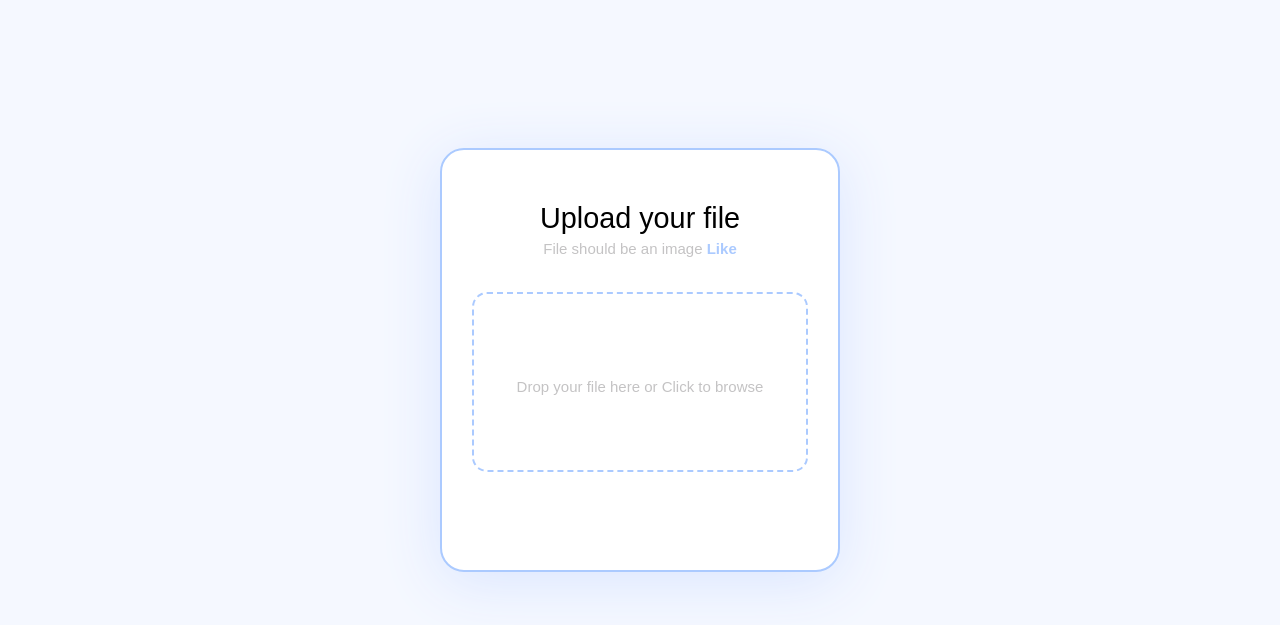
Repository: ThuongDuy/Phan_loai_anh
Page: hcsdlpt/index.html
An editor plug-in stored every save of this project. The page is shown before and after the next save, followed by the edit.
The browser window is 1280 px wide. The pictures show the whole page.

Above is the page before, as saved 2023-06-01 17:39:45.

After the next save:
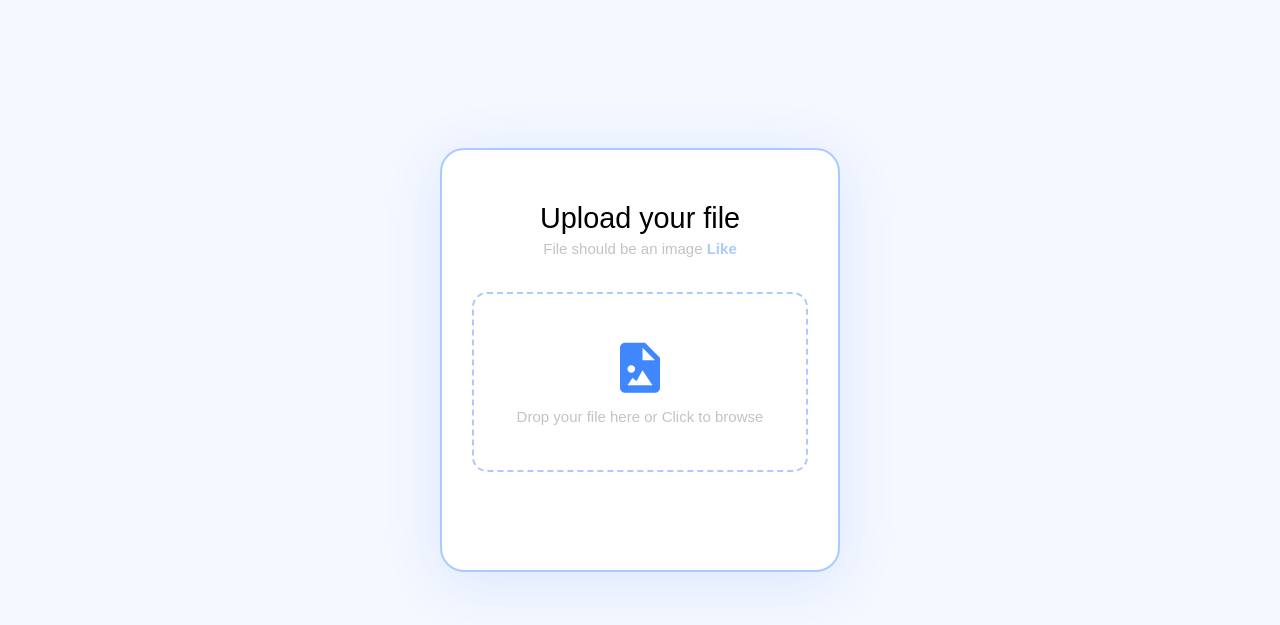
Saved 6 h 9 min later.
--- a/hcsdlpt/index.html
+++ b/hcsdlpt/index.html
@@ -6,6 +6,7 @@
     <meta http-equiv="X-UA-Compatible" content="IE=edge">
     <meta name="viewport" content="width=device-width, initial-scale=1.0">
     <title>Document</title>
+    <link rel="stylesheet" href="https://unpkg.com/boxicons@2.0.7/css/boxicons.min.css">
     <link rel="stylesheet" href="./main.css">
 </head>
 
